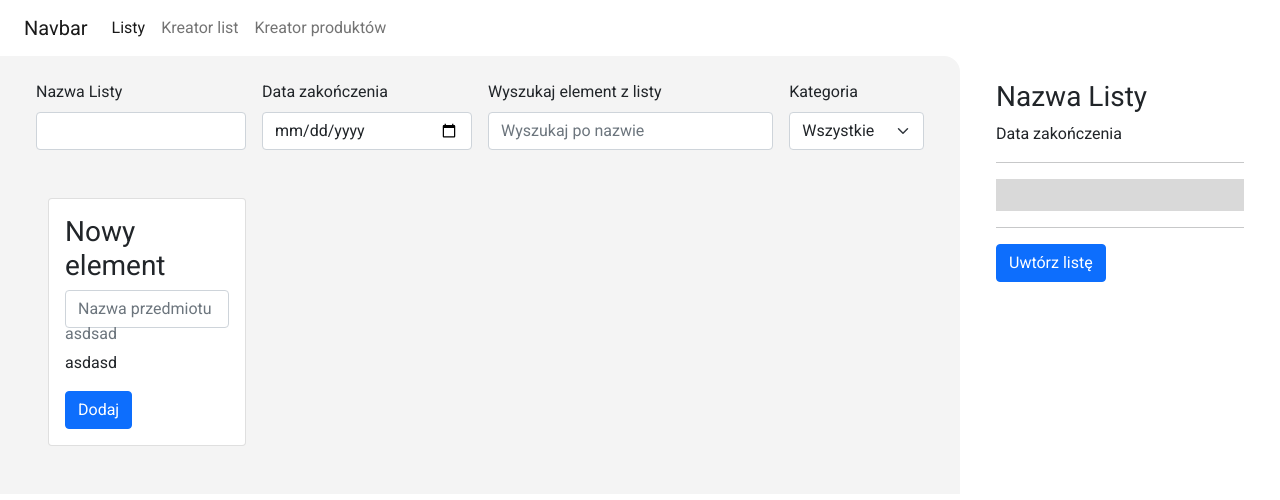
Repository: alphatra/Task-menager
Page: http://localhost/php/src/views/createList.php
The author's editor kept a copy of each file at every save. The page is drawn from the files as they stood at one save, then again after the next save.
The browser window is 1280 px wide. The pictures show the whole page.
The page is run by PHP 8.4 with error messages shown; the project is at /var/www/html/. Queries for data that is not in the repository find no rows.

Above is the page before, as saved 2023-02-09 21:38:59.

### php/src/views/createList.php
<!DOCTYPE html>
<html lang="en">
<head>
    <meta charset="UTF-8">
    <meta http-equiv="X-UA-Compatible" content="IE=edge">
    <meta name="viewport" content="width=device-width, initial-scale=1.0">
    <title>Document</title>
    <script src="https://ajax.googleapis.com/ajax/libs/jquery/3.6.1/jquery.min.js"></script>
    <link href="https://cdn.jsdelivr.net/npm/bootstrap@5.0.2/dist/css/bootstrap.min.css" rel="stylesheet" integrity="sha384-EVSTQN3/azprG1Anm3QDgpJLIm9Nao0Yz1ztcQTwFspd3yD65VohhpuuCOmLASjC" crossorigin="anonymous">
    <script src="https://cdn.jsdelivr.net/npm/@popperjs/core@2.9.2/dist/umd/popper.min.js" integrity="sha384-IQsoLXl5PILFhosVNubq5LC7Qb9DXgDA9i+tQ8Zj3iwWAwPtgFTxbJ8NT4GN1R8p" crossorigin="anonymous"></script>
    <script src="https://cdn.jsdelivr.net/npm/bootstrap@5.0.2/dist/js/bootstrap.min.js" integrity="sha384-cVKIPhGWiC2Al4u+LWgxfKTRIcfu0JTxR+EQDz/bgldoEyl4H0zUF0QKbrJ0EcQF" crossorigin="anonymous"></script>
    <script>
        const catergories = {
            1: 'Elektronika',
            2: 'Meble',
            3: 'Kosmetyki',
            4: 'Jedzenie',
            5: 'Ubrania',
            6: 'Zabawki',
            7: 'Sport',
            8: 'Książki',
            9: 'Narzędzia',
            10: 'RTV'
        }
        console.log(catergories);
        $(document).ready(function() {
            let _dataItems = [];
            let private_item = $(`<div class="col-xl-3 col-lg-4 col-md-6 col-12 mb-4">
                        <div class="card">
                            <div class="card-body">
                                <h3 class="card-title">Nowy element</h3>
                                <input type="text" class="form-control" id="priv_item" placeholder="Nazwa przedmiotu">
                                <h6 class="card-subtitle mb-2 text-muted">asdsad</h6>
                                <p class="card-text">asdasd</p>
                                <input class="btn btn-primary" id="add_tolist" type="button" value="Dodaj">
                            </div>
                        </div>
                    </div>`);
    let loadData = (param,_category) => {
        $.ajax({
            url: '../controller.php',
            dataType: 'json',
            method: 'POST',
            data:{tablename:"products", search: param, category:_category},
            beforeSend: function() {
                $("#loading-image").show();
             },
            success: function(data) {
                console.log(data);
                let content = $('#objects').empty()
                content.append(private_item)
                let dataItems = JSON.parse(JSON.stringify(data))
                _dataItems = data
                dataItems = dataItems.map((item) => {
                    return $(`
                    <div class="col-lg-3 col-md-5 col-sm-5 mb-4">
      <div class="card">
        <div class="card-header img-atas" style="background-image: url('https://picsum.photos/300/100'); background-position: 50% 10%;">
        </div>
        <div class="card-body">
          <div class="row">
            <h5>${item.product_name}</h5>
          </div>
          <div class="row">
            <h6 class="text-secondary">${catergories[item.category_id]}</h6>
          </div>
          <div class="row">
            <div class="d-flex justify-content-between">
              <p class="text-primary">${item.product_description.substring(0, 29)}</p>
              <p class="text-warning">
		<input class="btn btn-primary" id="add_tolist" type="button" value="Dodaj" name="${item.id_product}">
		</p>
            </div>
          </div>
        </div>
      </div>
    </div>
                    `)
                })
                content.append(dataItems)

            },
            error: function (jqXHR, exception){
                console.log(jqXHR, exception);

            }
        })

    }
    let createList_Ajax = (param) =>{
        $.ajax({
            url: '../controller_1.php',
            method: 'POST',
            data:{data: param},
            cache: false,
            success: function(data) {
                console.log(data);
            },
            error: function (xhr, status, error){
                console.log(status);

            }
        })
    }
    let createListItems_Ajax = (param) =>{
        $.ajax({
            url: '../controller_1.php',
            method: 'POST',
            data:{data: param},
            cache: false,
            success: function(data) {
                console.log(data);
            },
            error: function (xhr, status, error){
                console.log(status);

            }
        })
    }

    loadData()

    $("#searchItem, select").on("keyup change", function() {
        let inputVal = $("#searchItem").val();
        let selectVal = $("select").val();
        if (inputVal.length > 0 || selectVal > 0) {
            inputVal = inputVal.length == 0 ? '' : inputVal;
            selectVal = selectVal == 0 ? '' : selectVal;
            loadData(inputVal, selectVal);
        } else {
            loadData();
        }
    });


    let products = {product_id:[],product_title:[],qty:[]};
    let list = {
            list_name: '',
            end_date: '',
            products: [products]
        };

    let add_products = (id, title, quantity) => {
        if (!checkIfExists(id)) {
            products.product_id.push(id);
            products.product_title.push(title);
            products.qty.push(quantity);
        }
    }

    let checkIfExists = (id) => {
        for (let i = 0; i < products.product_id.length; i++) {
            if (products.product_id[i] === id) {
                return true;
            }
        }
        return false;
    }

    let searchedProduct = (_id) =>{
        let found =  _dataItems.find(e => e.id_product == _id)
        return found.product_name
    }

    let generateContent = (_item,_qty) => {
        let content = $('#list_elements')
        content.empty()
        console.log(_qty);
        let listItems = _item.map((item) => { return $(`<h5>${searchedProduct(+item)}</h5><input type="number" id="qty" value="1">`)})
        content.append(listItems)
    }

    let crateList = () => {
        if(list.list_name != '' || list.end_date != '' || products.product_id.length != 0){
            console.log(list);
            createList_Ajax(list)
        }
    }
    $(document).on("click", "#add_tolist", function() {
        //console.log(list);
        //console.log(+this.name);
        //console.log(searchedProduct(+this.name));
        var myModal = new bootstrap.Modal(document.getElementById("exampleModal"))
        if(list.list_name == '' || list.end_date == ''){
            myModal.show()
            $(document).on("click", ".btn-secondary", function() {
                myModal.hide()
            })
            if (list.list_name == '') {
                $("#listName").addClass("is-invalid")
            }else{
                $("#listName").removeClass("is-invalid")
            }
            if (list.end_date == '') {
                $("#endDate").addClass("is-invalid")
            }else{
                $("#endDate").removeClass("is-invalid")
            }
            //console.log("Nie",list)
        }else{
            add_products(this.name, searchedProduct(+this.name), 1);
            generateContent(list.products['product_id'],list.products['qty'])
            $("#listName, #endDate").removeClass("is-invalid")
            //console.log("Tak",list);
        }
    });
    $(document).on("click", "#crateList_button", function() {
        console.log(crateList());
    });
    $("#listName, #endDate").on("keyup change",function(){
        list = {
            list_name: $("#listName").val(),
            end_date: $("#endDate").val(),
            products: products
        }
        $("#list_name").text($("#listName").val());
        $("#end_date").text($("#endDate").val());
    });
})

    </script>
    <link rel="stylesheet" href="../assets/style.css">
</head>
<body>
    <!-- Modal -->
    <div class="modal fade" id="exampleModal" tabindex="-1" role="dialog" aria-labelledby="exampleModalLabel" aria-hidden="true">
        <div class="modal-dialog">
            <div class="modal-content">
                <div class="modal-header">
                    <h5 class="modal-title" id="exampleModalLabel">Uwaga!</h5>
                    <button type="button" class="btn-close" data-dismiss="modal" aria-label="Zamknij"></button>
                </div>
                <div class="modal-body">
                    Nie wypełniłeś wszystkich pól!
                </div>
                <div class="modal-footer">
                    <button type="button" class="btn btn-secondary" data-dismiss="modal">Zamknij</button>
                </div>
            </div>
        </div>
    </div>

    <div class="container-fluid">
        <nav class="navbar navbar-expand-lg navbar-light ">
            <div class="container-fluid">
                <a class="navbar-brand" href="#">Navbar</a>
                <button class="navbar-toggler" type="button" data-bs-toggle="collapse" data-bs-target="#navbarNav" aria-controls="navbarNav" aria-expanded="false" aria-label="Toggle navigation">
                    <span class="navbar-toggler-icon"></span>
                </button>
                <div class="collapse navbar-collapse" id="navbarNav">
                    <ul class="navbar-nav">
                        <li class="nav-item">
                            <a class="nav-link active" href="/">Listy</a>
                        </li>
                        <li class="nav-item">
                            <a class="nav-link" aria-current="page" href="views/createList.php">Kreator list</a>
                        </li>
                        <li class="nav-item">
                            <a class="nav-link" href="views/createProduct.php">Kreator produktów</a>
                        </li>
                    </ul>
                </div>
            </div>
        </nav>
        <div class="row">
            <div class="col-lg-9" style="background-color: #F4F4F4; border-top-right-radius: 1rem">
                <div class="container py-4 px-4">
                <form class="row g-3 needs-validation" novalidate>
                    <div id="listName_" class="col-md-3">
                        <label for="listName" class="form-label">Nazwa Listy</label>
                        <input type="text" class="form-control" id="listName" required>
                        <div class="invalid-feedback">
                            Podaj nazwę listy!
                        </div>
                    </div>
                    <div id="endDate_" class="col-md-3">
                        <label for="endDate" class="form-label">Data zakończenia</label>
                        <input type="date" class="form-control" id="endDate" required>
                        <div class="invalid-feedback">
                            Podaj nazwę listy!
                        </div>
                    </div>
                    <div id="searchItem_" class="col-md-4">
                        <label for="searchItem" class="form-label">Wyszukaj element z listy</label>
                        <input type="search" class="form-control" id="searchItem" aria-label="Search" placeholder="Wyszukaj po nazwie">
                    </div>
                    <div class="col-md-2">
                        <label for="inputState" class="form-label">Kategoria</label>
                        <select id="inputState" class="form-select">
                            <option selected value="0">Wszystkie</option>
                            <option value="1">Elektronika</option>
                            <option value="2">Meble</option>
                            <option value="3">Kosmetyki</option>
                            <option value="4">Jedzenie</option>
                            <option value="5">Ubrania</option>
                            <option value="6">Zabawki</option>
                            <option value="7">Sport</option>
                            <option value="8">Ksiązki</option>
                            <option value="9">Narzędzia</option>
                            <option value="10">RTV</option>
                        </select>
                    </div>
                </form>
                <div id="objects" class="row m-0 mt-5"></div>
                </div>
            </div>
            <div class="col-lg-3">
                <div class="container pt-4">
                <h3 id="list_name">Nazwa Listy</h3>
                <span id="end_date">Data zakończenia</span>
                <hr class="hr1" />
                <div id="list_elements" class="px-3 py-3" style="background-color:#D9D9D9"></div>
                <hr class="hr1" />
                <button type="submit" id="crateList_button" class="btn btn-primary">Uwtórz listę</button>
                </div>
            </div>
        </div>
    </div>
</body>
</html>

### php/src/controller.php
<?php
session_start();
require_once('./model/CRUD.php');


$db = new db();
$_tablename = $_POST['tablename'];
if(isset($_POST['search'])){
    $search = $_POST['search'];
    $result = $db->searchData($_tablename,$search,'');
    if(isset($_POST['category'])){
        $_category = $_POST['category'];
        $result = $db->searchData($_tablename,$search,$_category);
    }
    echo $result;
}else{
    echo $db->getData($_tablename);
}
?>

### php/src/model/CRUD.php
<?php
class db{
    private $conn;
    public $servername;
    public $username;
    public $password;
    public $database;
    public $tablename;

    public function __construct($host="db", $database="mydb",
                                $username="root", $password="root"){
        $this->host = $host;
        $this->database = $database;
        $this->username = $username;
        $this->password = $password;

        try {
            // Tworzenie połączenia
            $this->conn = new mysqli($host, $username, $password, $database);
        } catch (Exception $e) {
            // Sprawdzanie połączenia
            die("Connection failed: " . mysqli_connect_error());

        }

        return $this->conn;
    }

    // Wyświetlanie list z bazy danych
    public function getData($tablename){
        $this->tablename = $tablename;
        $query = "SELECT * FROM $this->tablename";
        $result = mysqli_query($this->conn, $query);
        $result = mysqli_fetch_all($result, MYSQLI_ASSOC);

        return json_encode($result);
    }

    // Wyświetlanie list z bazy danych wraz z wyszukiwaniem
    public function searchData($tablename, $search, $category){
        $this->tablename = $tablename;
        $this->search = $search;
        $this->category = $category;
        if($tablename == 'products'){
            $query = "SELECT * FROM $this->tablename WHERE product_name LIKE '$this->search%'";
            if($category != ''){
                $query .= " AND category_id = $this->category";
            }
        }else{
            $query = "SELECT * FROM $this->tablename WHERE name LIKE '$this->search%'";
            if($category != ''){
                $query .= " AND category_id = $this->category";
            }
        }
        $result = mysqli_query($this->conn, $query);
        $result = mysqli_fetch_all($result, MYSQLI_ASSOC);

        return json_encode($result);
    }
    /*
    public function searchData($tablename="", $search=""){
        $this->tablename = "list";
        $this->search = "{$search}%";
        $query = "SELECT * FROM $this->tablename WHERE name LIKE ?";
        $stmt = $this->conn->prepare($query);
        $stmt->bind_param("s",$search);
        $stmt->execute();
        $result = $stmt->get_result();

        return json_encode($result->fetch_all(MYSQLI_ASSOC));
    }
    */

    // Dodawanie produktów do bazy danych
    public function createProduct($Param){
        $product_name = $Param[0];
        $product_description = $Param[1];
        $product_image = $Param[2];
        $category_id = $Param[3];
        $query = "INSERT INTO products (product_name, product_description, product_image, category_id)
                    VALUES ('{$product_name}', '{$product_description}', '{$product_image}', '{$category_id}')";

        mysqli_query($this->conn, $query);
    }

    public function fetchData($Data){
        $this->Data = $Data;
        $decoded_json = json_decode($Data, true);
        $product_name = $decoded_json['product_name'];
        $product_description = $decoded_json['product_description'];
        $product_image = $decoded_json['product_image'];
        $category_id = $decoded_json['category_id'];
        return [$product_name, $product_description, $product_image, $category_id];
    }

    public function getMaxId($tablename){
        $this->tablename = $tablename;
        $query = "SELECT MAX( id ) AS `Max_Id` FROM $this->tablename";
        $result = mysqli_query($this->conn, $query);
        $result = mysqli_fetch_all($result, MYSQLI_ASSOC);
        $result = $result[0]['Max_Id'];

        return $result + 1;
    }

    public function getIdList($list_name){
        $this->list_name = $list_name;
        $query = "SELECT id FROM list WHERE name = '$this->list_name'";
        $result = mysqli_query($this->conn, $query);
        $result = mysqli_fetch_all($result, MYSQLI_ASSOC);
        $result = $result[0]['id'];

        return $result;
    }

    public function createList($list_name, $end_date){
        $id = $this->getMaxId('list');
        $this->list_name = $list_name;
        $created_date = date("Y-m-d h:i:s");
        $this->end_date = $end_date;
        $query = "INSERT INTO list (id, name, created_date, end_date) VALUES ('{$id}','{$list_name}','{$created_date}','{$end_date}')";
        mysqli_query($this->conn, $query);
        return $query;
    }

    public function createListItems($qty,$list_name,$id_product){
        $id = $this->getMaxId('list_items');
        $this->qty = $qty;
        $this->list_name = $list_name;
        $list_name = $this->getIdList($list_name);
        $this->id_product = $id_product;

        $query = "INSERT INTO list_items (id, quantity, list_id, id_product) VALUES ('{$id}', '{$this->qty}', '{$list_name}', '{$this->id_product}')";
        mysqli_query($this->conn, $query);
        return $query;
    }
}
?>

### php/src/assets/style.css
@import url('https://fonts.googleapis.com/css2?family=Roboto:ital,wght@0,300;0,400;1,500&display=swap');

body {
    font-family: 'Roboto', sans-serif;
    font-size: 16px;
    line-height: 1.5;
    background-color: white;
    margin: 0;
    padding: 0;
}
.black-border {
    border: 1px solid black;
    padding: 1rem;
}
.img-atas {
    width: auto;
    height: 100px;
    background-repeat: no-repeat;
    background-position: center;
    background-size: cover;
  }

hr {
    margin: 1rem 0;
    color: inherit;
    background-color: currentColor;
    border: 0;
    opacity: 0.25;
  }

After the next save:
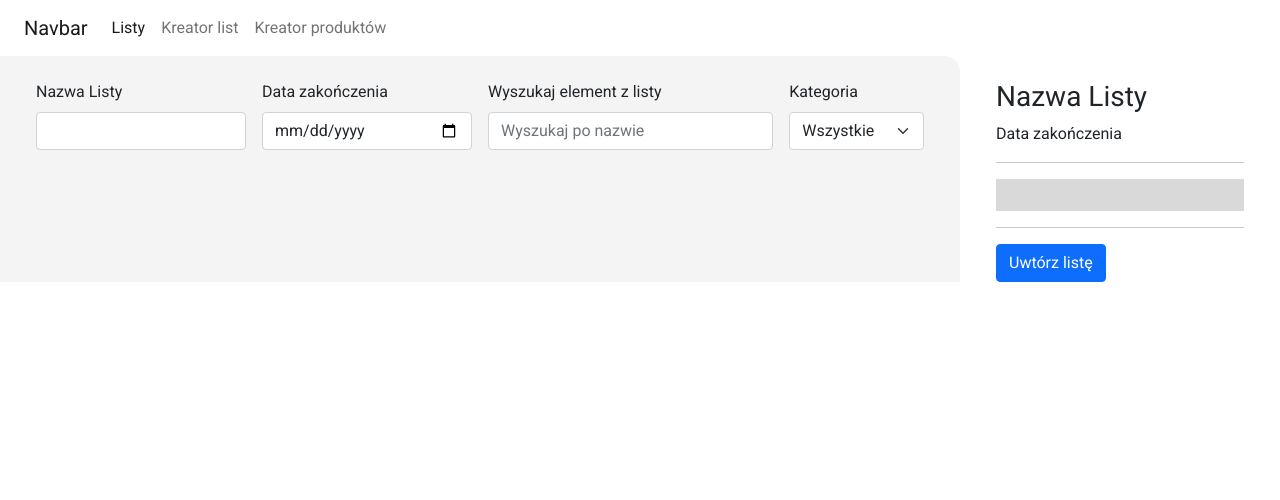
Console error: SyntaxError: Unexpected reserved word
Saved 79 min 16 s later.
--- a/php/src/views/createList.php
+++ b/php/src/views/createList.php
@@ -10,7 +10,7 @@
     <script src="https://cdn.jsdelivr.net/npm/@popperjs/core@2.9.2/dist/umd/popper.min.js" integrity="sha384-IQsoLXl5PILFhosVNubq5LC7Qb9DXgDA9i+tQ8Zj3iwWAwPtgFTxbJ8NT4GN1R8p" crossorigin="anonymous"></script>
     <script src="https://cdn.jsdelivr.net/npm/bootstrap@5.0.2/dist/js/bootstrap.min.js" integrity="sha384-cVKIPhGWiC2Al4u+LWgxfKTRIcfu0JTxR+EQDz/bgldoEyl4H0zUF0QKbrJ0EcQF" crossorigin="anonymous"></script>
     <script>
-        const catergories = {
+        enum catergories = {
             1: 'Elektronika',
             2: 'Meble',
             3: 'Kosmetyki',
@@ -30,7 +30,7 @@
                             <div class="card-body">
                                 <h3 class="card-title">Nowy element</h3>
                                 <input type="text" class="form-control" id="priv_item" placeholder="Nazwa przedmiotu">
-                                <h6 class="card-subtitle mb-2 text-muted">asdsad</h6>
+                                <input type="text" class="form-control" id="priv_item" placeholder="Nazwa przedmiotu">
                                 <p class="card-text">asdasd</p>
                                 <input class="btn btn-primary" id="add_tolist" type="button" value="Dodaj">
                             </div>

After the save that followed:
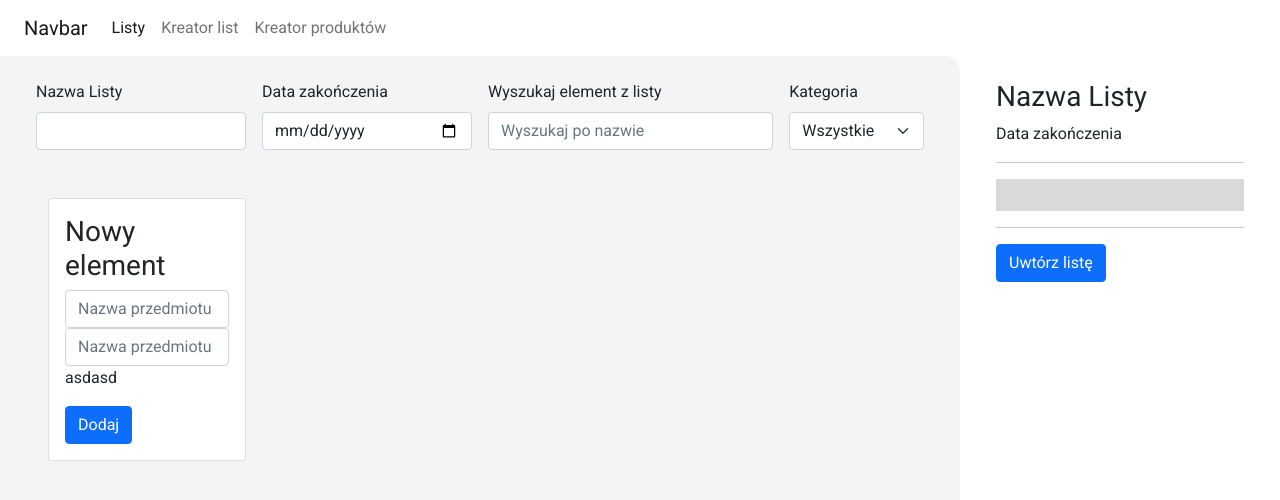
The error is gone.
Saved 8 s later.
--- a/php/src/views/createList.php
+++ b/php/src/views/createList.php
@@ -10,7 +10,7 @@
     <script src="https://cdn.jsdelivr.net/npm/@popperjs/core@2.9.2/dist/umd/popper.min.js" integrity="sha384-IQsoLXl5PILFhosVNubq5LC7Qb9DXgDA9i+tQ8Zj3iwWAwPtgFTxbJ8NT4GN1R8p" crossorigin="anonymous"></script>
     <script src="https://cdn.jsdelivr.net/npm/bootstrap@5.0.2/dist/js/bootstrap.min.js" integrity="sha384-cVKIPhGWiC2Al4u+LWgxfKTRIcfu0JTxR+EQDz/bgldoEyl4H0zUF0QKbrJ0EcQF" crossorigin="anonymous"></script>
     <script>
-        enum catergories = {
+        const catergories = {
             1: 'Elektronika',
             2: 'Meble',
             3: 'Kosmetyki',
